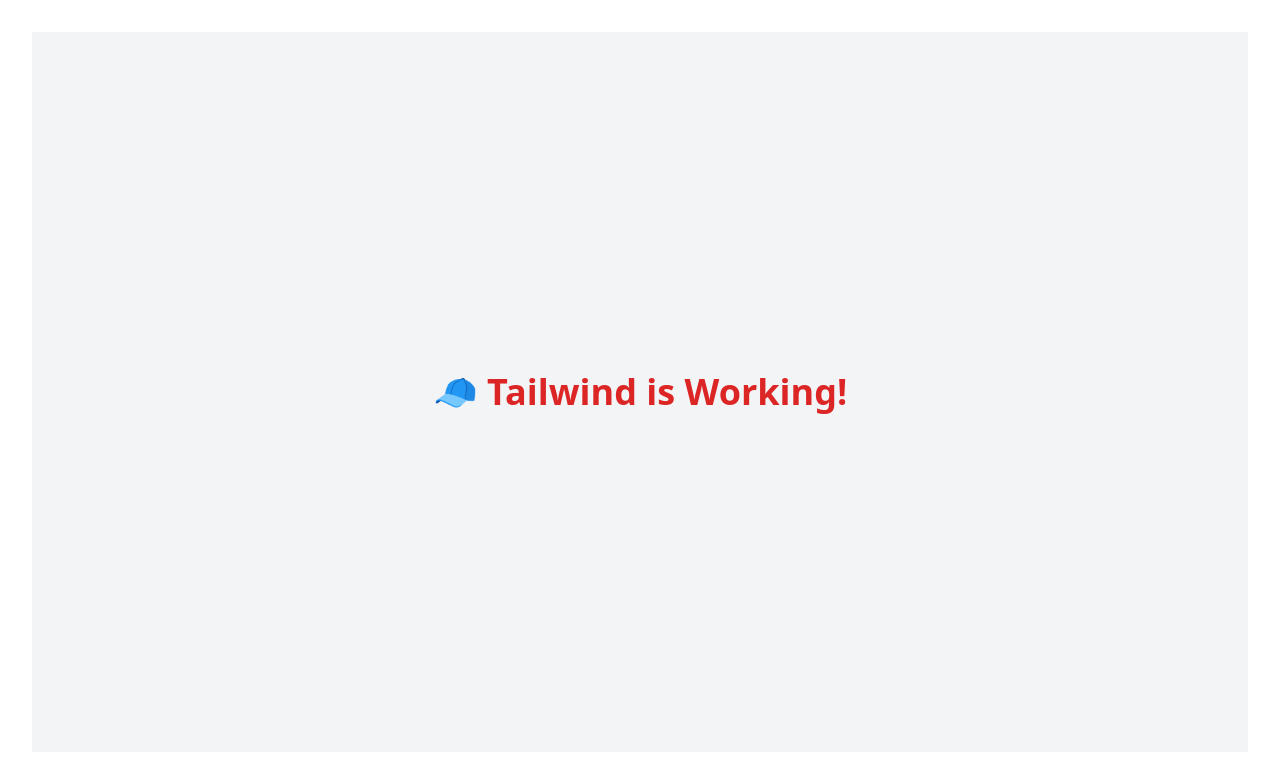
Repository: PEEZYBEE/cha-ching
Page: /
The author's editor kept a copy of each file at every save. The page is drawn from the files as they stood at one save, then again after the next save.
The browser window is 1280 px wide. The pictures show the whole page.
The project was rebuilt for these pictures with package versions that can differ from the ones it lists, and the page was loaded fresh each time. Also part of the build but not shown: vite.config.js.

Above is the page before, as saved 2025-04-20 01:05:47.

After the next save:
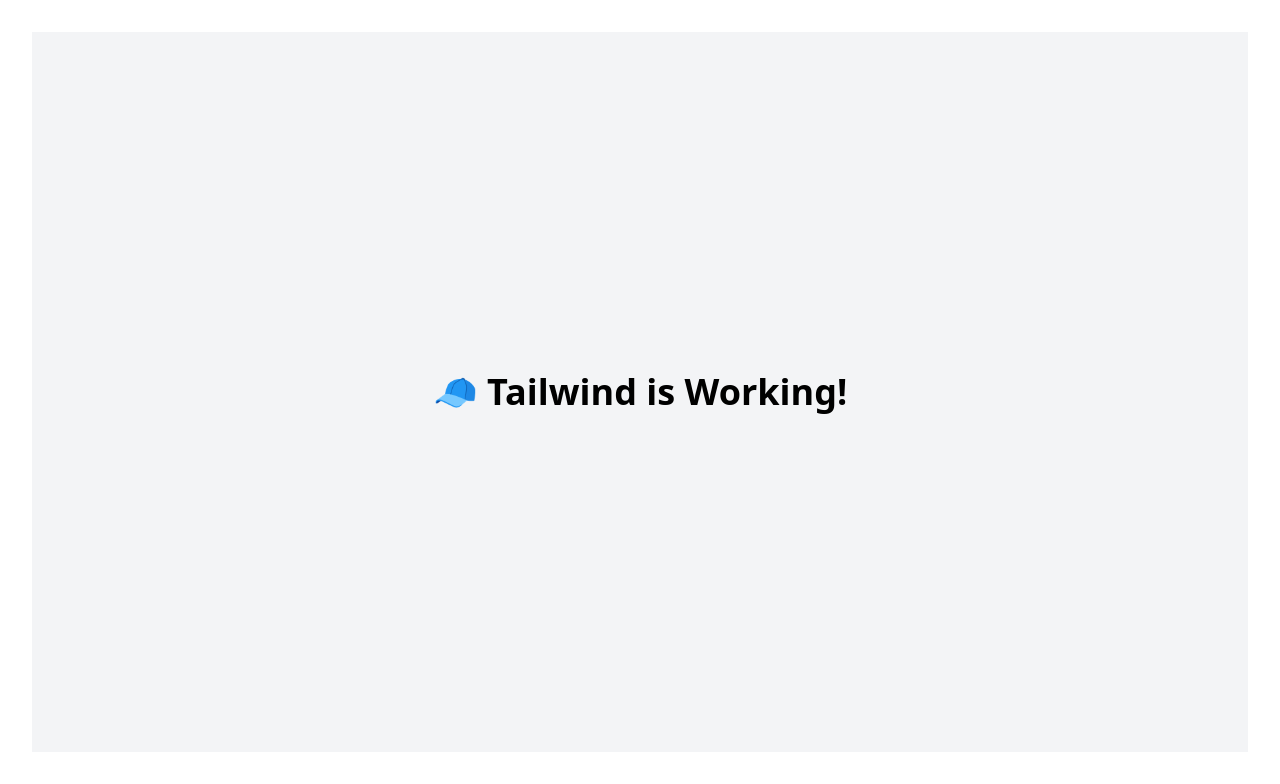
Saved 5 s later.
--- a/src/App.jsx
+++ b/src/App.jsx
@@ -7,7 +7,7 @@
 
   return (
     <div className="min-h-screen bg-gray-100 flex items-center justify-center">
-    <h1 className="text-4xl font-bold text-red-600">
+    <h1 className="text-4xl font-bold text--600">
       🧢 Tailwind is Working!
     </h1>
   </div>

After the save that followed:
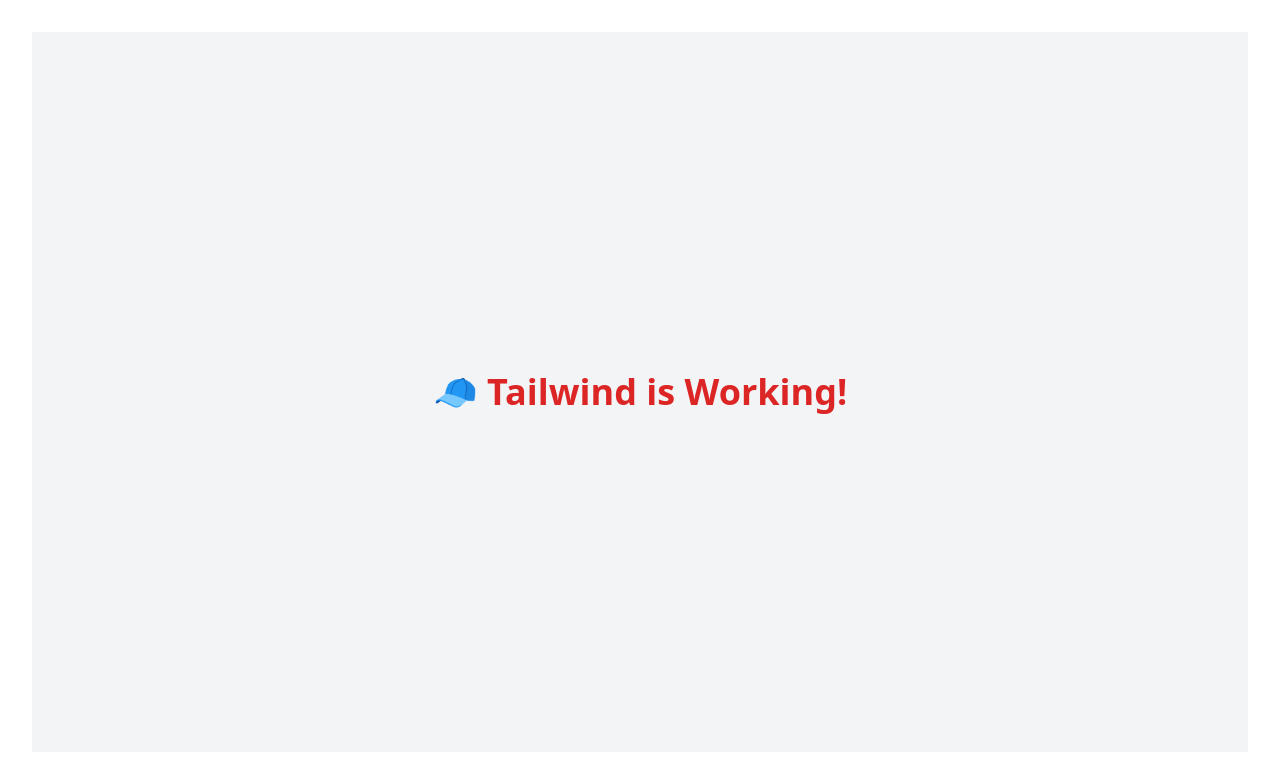
Saved 7 s later.
--- a/src/App.jsx
+++ b/src/App.jsx
@@ -7,7 +7,7 @@
 
   return (
     <div className="min-h-screen bg-gray-100 flex items-center justify-center">
-    <h1 className="text-4xl font-bold text--600">
+    <h1 className="text-4xl font-bold text-red-600">
       🧢 Tailwind is Working!
     </h1>
   </div>
